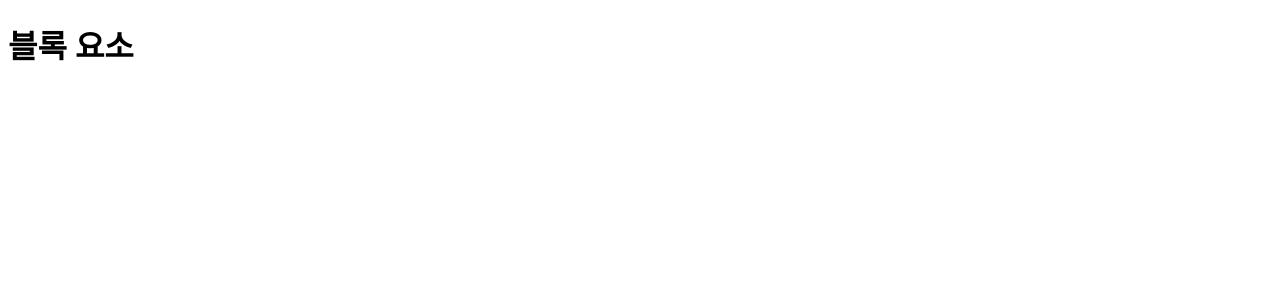
Repository: SilverSharkDeveloper/HTML-CSS-Study
Page: html/workspace/day03/WebContent/display.html
An editor plug-in stored every save of this project. The page is shown before and after the next save, followed by the edit.
The browser window is 1280 px wide. The pictures show the whole page.

Above is the page before, as saved 2023-03-09 12:34:04.

After the next save:
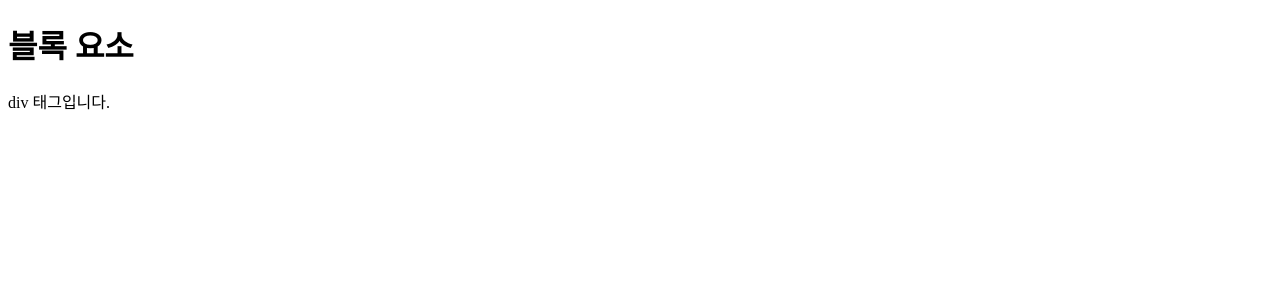
Saved 3 min 49 s later.
--- a/html/workspace/day03/WebContent/display.html
+++ b/html/workspace/day03/WebContent/display.html
@@ -7,5 +7,6 @@
 </head>
 <body>
 	<h1>블록 요소</h1>
+	<div style = "display : inline-block"> div 태그</div>입니다.
 </body>
 </html>
